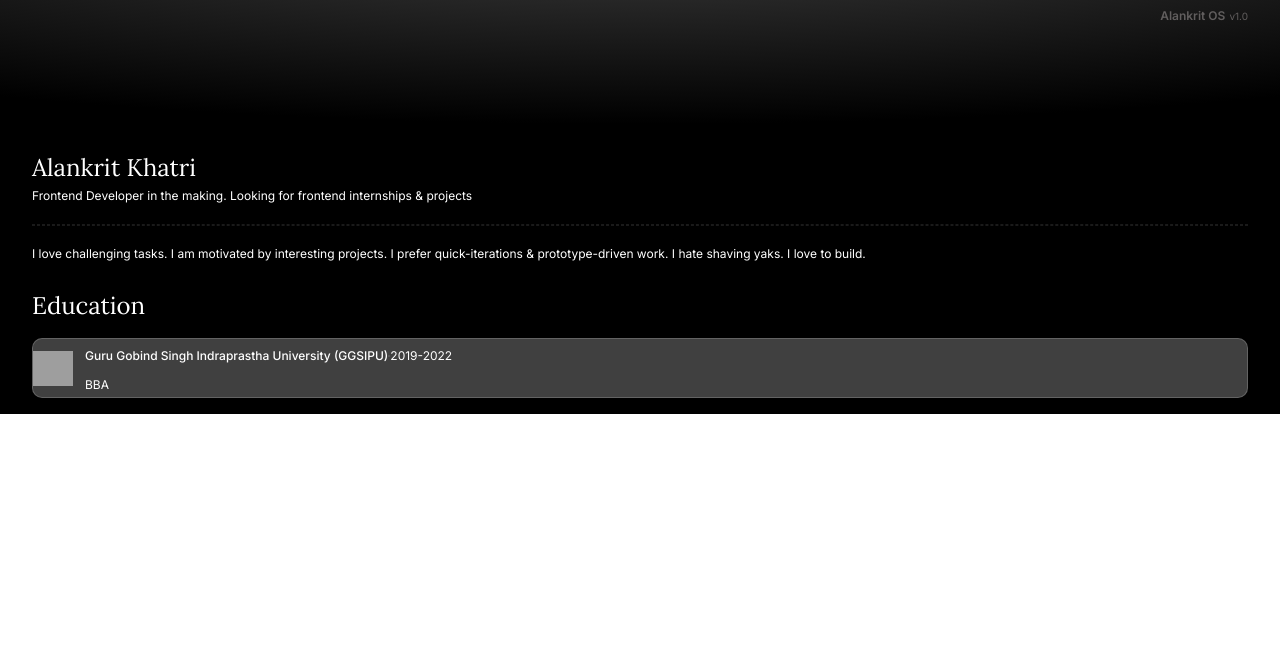
Repository: alankritkhatri/alankrit.xyz
Page: /
An editor plug-in stored every save of this project. The page is shown before and after a run of saves, followed by the edit.
The browser window is 1280 px wide. The pictures show the whole page.
Pictures or frames that could not be fetched are drawn as grey boxes. The project was rebuilt for these pictures with package versions that can differ from the ones it lists, and the page was loaded fresh each time. Also part of the build but not shown: vite.config.js, src/blog.jsx.

Above is the page before, as saved 2024-08-11 20:15:25.

After the next 4 saves:
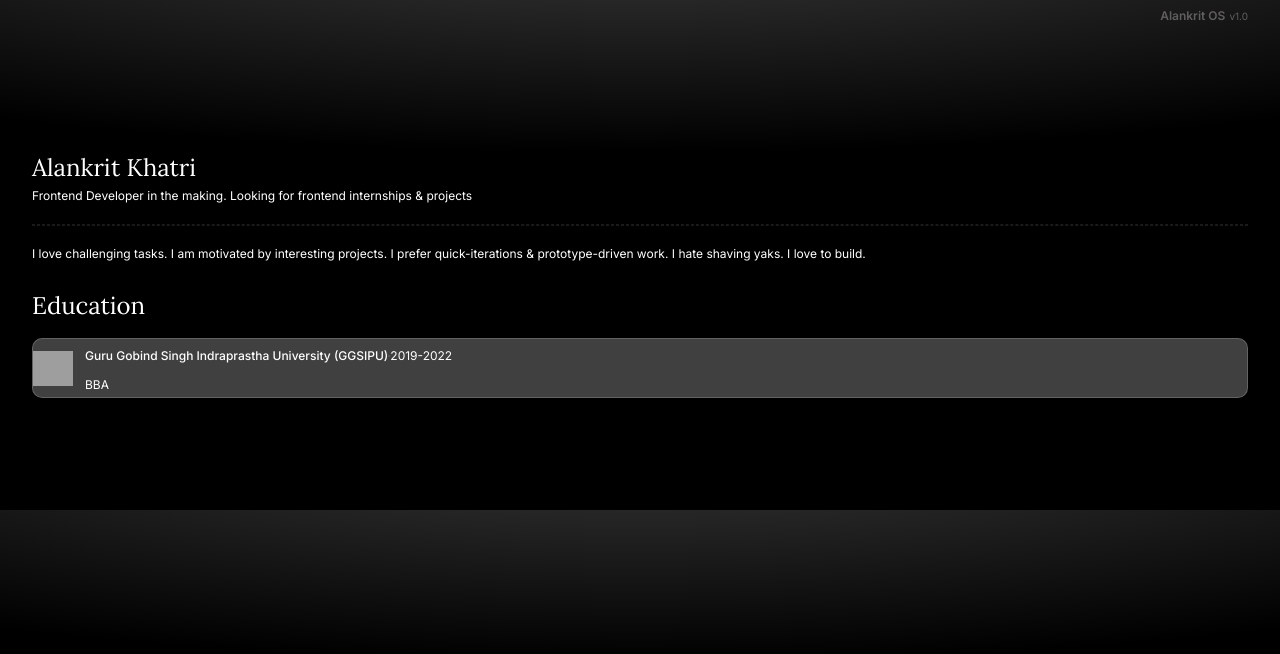
The 4 saves are shown as one change because they came seconds apart.
The last was saved 3 min 54 s later.
--- a/src/App.css
+++ b/src/App.css
@@ -4,7 +4,10 @@
   box-sizing: border-box;
   font-family: Inter, Haettenschweiler, "Arial Narrow Bold", sans-serif;
 }
+body{
 
+  background: radial-gradient(100% 50% at 50% -20%, #404040, #000000);
+}
 .main {
   h1 {
     line-height: 32px;
@@ -20,7 +23,6 @@
   }
   color: white;
 
-  background: radial-gradient(100% 50% at 50% -20%, #404040, #000000);
   padding: 0px 32px;
   a {
     text-decoration: none;
